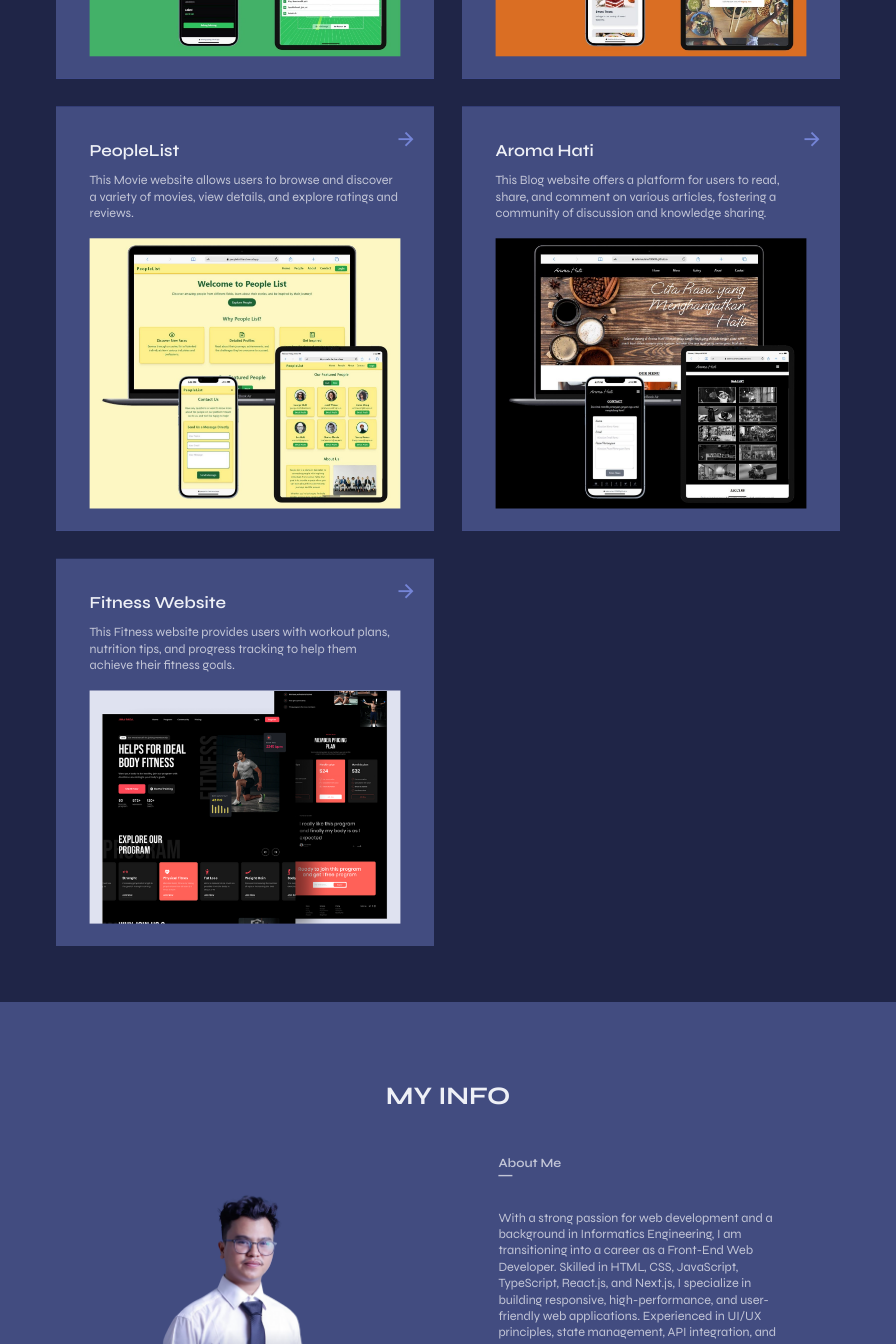
Repository: Ademaulana100499/amgrowth
Page: /
These files come from the project's save history. The page is drawn as it stood at one moment and after the next save; the edit follows.
The browser window is 1280 px wide. The pictures show the part of the page from y = 1538 to 3458 px (the page is 7447 px tall before and 7588 px after), at 70% of full size.
Some web fonts or font styles are not loaded; a fallback is used. The project was rebuilt for these pictures with package versions that can differ from the ones it lists, and the page was loaded fresh each time. Also part of the build but not shown: vite.config.js.

Above is the page before, as saved 2025-02-19 16:07:06.

### index.html
<!doctype html>
<html lang="en">
  <head>
    <meta charset="UTF-8" />
    <meta name="viewport" content="width=device-width, initial-scale=1.0" />
    <title>AMgrowth</title>
    <link rel="shortcut icon" href="/assets/img/Favicon.png" />
    <link
      href="https://cdn.jsdelivr.net/npm/remixicon/fonts/remixicon.css"
      rel="stylesheet"
    />

    <link
      rel="stylesheet"
      href="https://fonts.googleapis.com/css2?family=Kite+One&family=Oooh+Baby&family=Orelega+One&family=Poppins:ital,wght@0,100;0,200;0,300;0,400;0,500;0,600;0,700;0,800;0,900;1,100;1,200;1,300;1,400;1,500;1,600;1,700;1,800;1,900&family=Syne:wght@400..800&display=swap"
    />
  </head>
    <div id="root"></div>
    <script type="module" src="/src/main.jsx"></script>
    <script src="https://cdn.jsdelivr.net/npm/@emailjs/browser@4/dist/email.min.js"></script>
    <script src="https://unpkg.com/scrollreveal"></script>
  </body>
</html>

### src/App.jsx
import { Header } from "./components/Header";
import { Home } from "./components/Home";
import { Projects } from "./components/Projects";
import { Info } from "./components/Info";
import { Services } from "./components/Services";
import { Contact } from "./components/Contact";
import { Footer } from "./components/Footer";
import { Scroll } from "./components/Scroll";
import { Reveal } from "./components/Reveal";
function App() {
  const logo = {
    name: "AMgrowth",
    imageWhite: "/assets/img/Logo_White.png",
    imageBlack: "/assets/img/Logo_Black.png",
  };
  const navList = ["Home", "Projects", "My Info", "Services", "Contact Me"];
  const imageHome = "/assets/img/Photo.png";
  const imageInfo = "/assets/img/Photo2.png";
  const footerCopy = "© All rights reserved by Ade Maulana";
  const biodata = {
    firstName: "Ade",
    lastName: "Maulana",
    profession: "Front-End Developer",
    description:
      "With a strong passion for web development and a background in Informatics Engineering, I am transitioning into a career as a Front-End Web Developer. Skilled in HTML, CSS, JavaScript, TypeScript, React.js, and Next.js, I specialize in building responsive, high-performance, and user-friendly web applications. Experienced in UI/UX principles, state management, API integration, and website optimization, I am committed to continuous learning and delivering modern, efficient web solutions",
    cv: "/assets/pdf/CV Ade Maulana.pdf",
  };
  const projects = [
    {
      id: 1,
      title: "TandingLapang",
      description:
        "Final Project - Dibimbing Bootcamp: Tanding Lapang is a platform designed to simplify the search for sparring partners and the organization of sparring events across various sports. Built using HTML, CSS, JavaScript, Tailwind CSS, React.js, and Next.js, this project connects athletes and sports enthusiasts with sparring partners based on location and sport type. It also provides organizers with an efficient way to create and manage sparring events, ensuring a seamless user experience.",
      image: "/assets/img/tandinglapang.jpg",
    },
    {
      id: 2,
      title: "Foodies",
      description:
        "Mini Project - Dibimbing Bootcamp: Foodies is a recipe website that implements CRUD functionality (Create, Read, Update, Delete) using Next.js, TypeScript, Tailwind CSS, HTML, and CSS. This project features API integration, user authentication, and server-side rendering (SSR) to enhance performance, SEO, and user experience. Users can browse, add, edit, and delete recipes, making it an interactive and dynamic platform for food enthusiasts.",
      image: "/assets/img/foodies.jpg",
    },
    {
      id: 3,
      title: "PeopleList",
      description:
        "This Movie website allows users to browse and discover a variety of movies, view details, and explore ratings and reviews.",
      image: "/assets/img/peoplelist.jpg",
    },
    {
      id: 4,
      title: "Aroma Hati",
      description:
        "This Blog website offers a platform for users to read, share, and comment on various articles, fostering a community of discussion and knowledge sharing.",
      image: "/assets/img/aromahati.jpg",
    },
    {
      id: 5,
      title: "Fitness Website",
      description:
        "This Fitness website provides users with workout plans, nutrition tips, and progress tracking to help them achieve their fitness goals.",
      image: "/assets/img/fittnes web.avif",
    },
  ];
  const experience = [
    {
      id: 1,
      company: "PT. Victory Chingluh Indonesia",
      profession: "Shipping Officer",
      date: "12/2018 - 07/2024",
      description:
        "Experienced in managing delivery orders with high accuracy using Excel, monitoring stock through SAP, and improving operational efficiency and delivery coordination, with skills in logistics management, inventory, and effective communication.",
    },
    {
      id: 2,
      company: "PT Midi Utama Indonesia, Tbk",
      profession: "Sales Assistant",
      date: "06/2018 - 12/2018",
      description:
        "Experienced in delivering excellent customer service, providing clear product information, and staying updated on new products and promotions to boost customer satisfaction and engagement. Skilled in promoting products and exceeding sales targets through proactive interactions and recommendations, with a focus on teamwork and adaptability.",
    },
    {
      id: 3,
      company: "CV Radjawali",
      profession: "Printing Operator",
      date: "07/2017 - 05/2018",
      description:
        "Experienced in accurately preparing print files, ensuring consistent print quality, and reducing the need for reprints. Skilled in maintaining printing machines to enhance operational efficiency, minimize downtime, and boost productivity.",
    },
  ];
  const education = [
    {
      id: 1,
      university: "Dibimbing.id Bootcamp",
      major: "Front-End Web Development",
      date: "09/2024 - 02/2025",
      description:
        "Learning HTML, CSS, JavaScript, and TypeScript, and utilizing React.js and Next.js to build responsive and high-performance user interfaces. Experienced in UI/UX design slicing, website optimization, and problem-solving algorithms. Skilled in team collaboration using Git/GitHub and committed to continuous learning and staying updated with the latest web technologies.",
    },
    {
      id: 2,
      university: "Institut Teknologi dan Bisnis Bina Sarana Global",
      major: "Informatics Engineering",
      date: "09/2020 - 11/2024",
      description:
        "Studied Informatics Engineering, covering software development, algorithms, data structures, databases, system design, cybersecurity, and AI. Gained expertise in computing principles, system analysis, and application optimization. Experienced in Agile and Scrum methodologies, web development frameworks, UI/UX design, data processing, and problem-solving using algorithms and programming logic.",
    },
  ];
  const skills = [
    {
      id: 1,
      skill: "HTML",
      image: "/assets/img/html.svg",
    },
    {
      id: 2,
      skill: "CSS",
      image: "/assets/img/css.svg",
    },
    {
      id: 3,
      skill: "JavaScript",
      image: "/assets/img/javascript.svg",
    },
    {
      id: 4,
      skill: "React",
      image: "/assets/img/react.svg",
    },
    {
      id: 5,
      skill: "Next.js",
      image: "/assets/img/nextjs.svg",
    },
    {
      id: 6,
      skill: "Git",
      image: "/assets/img/git.svg",
    },
    {
      id: 7,
      skill: "GitHub",
      image: "/assets/img/github.svg",
    },
    {
      id: 8,
      skill: "Tailwind",
      image: "/assets/img/tailwind.png",
    },
    {
      id: 9,
      skill: "Bootstrap",
      image: "/assets/img/bootstrap.png",
    },
    {
      id: 10,
      skill: "Figma",
      image: "/assets/img/figma.svg",
    },
  ];

  const services = [
    {
      id: 1,
      title: "Web Development",
      icon: "ri-code-s-slash-line",
      description:
        "Building functional, secure, and user-friendly websites with features tailored to user needs.",
    },
    {
      id: 2,
      title: "Web Design",
      icon: "ri-pencil-ruler-2-line",
      description:
        "Designing visually appealing and professional website layouts that reflect the brand identity and provide an engaging visual experience.",
    },
    {
      id: 3,
      title: "Responsive Web Design",
      icon: "ri-layout-2-line",
      description:
        "Creating responsive websites compatible across various devices, ensuring an optimal user experience on desktops, tablets, and smartphones.",
    },
  ];
  const socialMedia = [
    {
      id: 1,
      name: "github",
      icon: "ri-github-line",
      link: "https://github.com/Ademaulana100499",
    },
    {
      id: 2,
      name: "linkedin",
      icon: "ri-linkedin-box-line",
      link: "https://www.linkedin.com/in/ademaulana-/",
    },
    {
      id: 3,
      name: "instagram",
      icon: "ri-instagram-line",
      link: "https://www.instagram.com/ade_maulana._/",
    },
  ];

  return (
    <div>
      <Header logo={logo} navList={navList} />
      <main>
        <Home imageHome={imageHome} biodata={biodata} />
        <Projects projects={projects} />
        <Info
          imageInfo={imageInfo}
          biodata={biodata}
          experience={experience}
          skills={skills}
          education={education}
        />
        <Services services={services} />
        <Contact socialMedia={socialMedia} />
        <Footer navList={navList} footerCopy={footerCopy} />
      </main>
      <Scroll />
      <Reveal />
    </div>
  );
}

export default App;

### src/components/Home/index.jsx
import "./style.css";
export const Home = (props) => {
  const { imageHome, biodata } = props;
  return (
    <section className="home section" id="home">
      <div className="container grid home__container">
        <img
          id="image_home"
          src={imageHome}
          alt="image"
          className="home__img"
        />
        <div className="home__data">
          <h1 className="home__name">
            {biodata.firstName} <br /> {biodata.lastName}
          </h1>
          <h3 className="home__profession">{biodata.profession}</h3>
        </div>
        <a href="#projects" className="home__scroll">
          <div className="home__scroll-box">
            <i className="ri-arrow-down-line"></i>
          </div>
          <span className="home__scroll-text">Recent Project</span>
        </a>
      </div>
    </section>
  );
};

### src/components/Projects/index.jsx
import "./style.css";
export const Projects = (props) => {
  const { projects } = props;
  return (
    <section className="projects section" id="projects">
      <h2 className="section__title">RECENT PROJECT</h2>
      <div className="grid container projects__container">
        {projects.map((item) => (
          <article className="project__card" key={item.id}>
            <a
              href={item.link}
              target="_blank"
              className="project__overlay"
            ></a>
            <a href={item.link} target="_blank" className="project__link">
              <h2 className="project__title">{item.title}</h2>
              <p className="project__description">{item.description}</p>
              <img src={item.image} alt="image" className="project__img" />
              <i className="ri-arrow-right-line"> </i>
            </a>
          </article>
        ))}
      </div>
    </section>
  );
};

### src/components/Services/index.jsx
import "./style.css";
export const Services = (props) => {
  const { services } = props;
  return (
    <section className="services section" id="services">
      <h2 className="section__title">SERVICES</h2>
      <div className="container grid services__container">
        {services.map((item) => (
          <article className="services__card" key={item.id}>
            <i className={`services__icon ${item.icon}`}></i>
            <h3 className="services__title">{item.title}</h3>
            <p className="services__description">{item.description}</p>
          </article>
        ))}
      </div>
    </section>
  );
};

### src/components/Footer/index.jsx
import "./style.css";
export const Footer = (props) => {
  const { navList, footerCopy } = props;
  return (
    <footer className="footer" id="footer">
      <div className="container grid footer__container">
        <ul className="footer__links">
          <li>
            <a href="#home" className="footer__link">
              {navList[0]}
            </a>
          </li>
          <li>
            <a href="#projects" className="footer__link">
              {navList[1]}
            </a>
          </li>
          <li>
            <a href="#my info" className="footer__link">
              {navList[2]}
            </a>
          </li>
        </ul>
        <span className="footer__copy">{footerCopy}</span>
      </div>
    </footer>
  );
};

### src/components/Scroll/index.jsx
import React, { useEffect } from "react";
import "./style.css";

export const Scroll = () => {
  useEffect(() => {
    const scrollUp = () => {
      const scrollUp = document.getElementById("scroll-up");
      if (window.scrollY >= 350) {
        scrollUp.classList.add("show-scroll");
      } else {
        scrollUp.classList.remove("show-scroll");
      }
    };
    window.addEventListener("scroll", scrollUp);
    return () => {
      window.removeEventListener("scroll", scrollUp);
    };
  }, []);

  return (
    <a href="#" className="scrollup" id="scroll-up">
      <i className="ri-arrow-up-line"></i>
    </a>
  );
};

### src/components/Reveal/index.jsx
import React, { useEffect } from "react";

export const Reveal = () => {
  useEffect(() => {
    const sr = ScrollReveal({
      origin: "top",
      distance: "60px",
      duration: 2500,
      delay: 400,
    });

    sr.reveal(".home__data, .experience, .skills, .contact__container");
    sr.reveal(".home__img", { delay: 500 });
    sr.reveal(".home__scroll", { delay: 700 });
    sr.reveal(".project__card, .services__card", { interval: 100 });
    sr.reveal(".about__content", { origin: "right" });
    sr.reveal(".about__img", { origin: "left" });

    return () => {
      sr.destroy();
    };
  }, []);
  return <div></div>;
};

### src/components/Theme/index.jsx
import React, { useState, useEffect } from "react";
import "./style.css";

const Theme = ({ logo, setLogoSrc }) => {
  const [isLightMode, setIsLightMode] = useState(false);

  useEffect(() => {
    const savedTheme = localStorage.getItem("lightmode");
    if (savedTheme === "active") {
      setIsLightMode(true);
    } else {
      setIsLightMode(false);
    }
  }, []);

  useEffect(() => {
    if (isLightMode) {
      document.body.classList.add("lightmode");
      localStorage.setItem("lightmode", "active");
      setLogoSrc(logo.imageBlack);
    } else {
      document.body.classList.remove("lightmode");
      localStorage.setItem("lightmode", null);
      setLogoSrc(logo.imageWhite);
    }
  }, [isLightMode, logo.imageBlack, logo.imageWhite, setLogoSrc]);

  const toggleTheme = () => {
    setIsLightMode((prevMode) => !prevMode);
  };

  return (
    <button
      id="theme-switch"
      className="theme-switch"
      onClick={toggleTheme}
      style={{ cursor: "pointer" }}
    >
      {isLightMode ? (
        <i className="ri-moon-line"></i>
      ) : (
        <i className="ri-sun-line"></i>
      )}
    </button>
  );
};

export default Theme;

### src/components/Projects/style.css
/* Projects */
.projects {
  background-color: var(--container-color);
}
.project__card {
  background-color: var(--first-color);
}
.project__img {
  width: 100%;
}
.project__link {
  display: block;
  position: relative;
  background-color: var(--body-color);
  padding: 2rem 1.5rem 1.5rem 1.5rem;
  color: var(--text-color);
  transition: transform 0.4s;
}
.project__title {
  font-size: var(--h3-font-size);
  margin-bottom: 0.75rem;
}

.project__description {
  margin-bottom: 1.5rem;
}
.project__link i {
  position: absolute;
  top: 1.8rem;
  right: 1.5rem;
  font-size: 1.5rem;
  color: var(--first-color-light);
  transition: transform 0.4s;
}
.project__link:hover {
  transform: translateY(-0.35rem);
}

.project__link:hover i {
  transform: translateX(0.5rem);
}

/* BREAKPOINTS */

/* For medium devices */
@media screen and (min-width: 540px) {
  .projects__container {
    grid-template-columns: 350px;
    justify-content: center;
  }
}

@media screen and (min-width: 768px) {
  .projects__container {
    grid-template-columns: repeat(2, 390px);
  }
}

/* for large devices */
@media screen and (min-width: 1150px) {
  .section__title {
    margin-bottom: 4rem;
  }
  .projects__container {
    grid-template-columns: repeat(2, 540px);
    gap: 2.5rem;
  }
  .project__link {
    padding: 3rem 3rem 2rem;
  }
  .project__title {
    font-size: var(--h2-font-size);
    margin-bottom: 1rem;
  }
  .project__link i {
    font-size: 2rem;
  }
}

### src/components/Services/style.css
/* SERVICES */
.services {
  background-color: var(--container-color);
}
.services__container {
  row-gap: 2rem;
}

.services__icon {
  display: block;
  color: var(--first-color-light);
  font-size: 2rem;
  margin-bottom: 1dvb;
}

.services__title {
  font-size: var(--h3-font-size);
  margin-bottom: 0.75rem;
}

/* BREAKPOINTS */

/* For small devices */
@media screen and (max-width: 300px) {
  .container {
    margin-inline: 1rem;
  }
}

/* For medium devices */
@media screen and (min-width: 540px) {
  .services__container {
    grid-template-columns: 350px;
    justify-content: center;
  }
}

@media screen and (min-width: 768px) {
  .services__container {
    grid-template-columns: repeat(2, 320px);
  }
}

/* for large devices */
@media screen and (min-width: 1150px) {
  .container {
    margin-inline: auto;
  }
  .section {
    padding-block: 7rem 5rem;
  }
  .section__title {
    margin-bottom: 4rem;
  }

  .services__container {
    grid-template-columns: repeat(2, 350px);
    gap: 6rem 13rem;
  }
  .services__icon {
    font-size: 2.5rem;
    margin-bottom: 1.5rem;
  }
}

### src/components/Footer/style.css
/* FOOTER */
.footer {
  background-color: var(--container-color);
}

.footer__container {
  row-gap: 3rem;
  padding-block: 3rem 2rem;
}

.footer__links {
  display: flex;
  justify-content: center;
  column-gap: 2.5rem;
}
.footer__link {
  font-weight: var(--font-semi-bold);
  color: var(--title-color);
  transition: color 0.4s;
}
.footer__link:hover {
  color: var(--first-color-light);
}
.footer__copy {
  font-size: var(--small-font-size);
  color: var(--title-color);
  text-align: center;
}

/* BREAKPOINTS */

/* For small devices */
@media screen and (max-width: 300px) {
  .container {
    margin-inline: 1rem;
  }
}

/* for large devices */
@media screen and (min-width: 1150px) {
  .container {
    margin-inline: auto;
  }
  .section {
    padding-block: 7rem 5rem;
  }

  .footer__container {
    padding-block: 3rem;
    grid-template-columns: repeat(2, max-content);
    justify-content: space-between;
  }
  .footer__links {
    column-gap: 4rem;
    order: 1;
  }
  .scrollup {
    right: 3rem;
  }
}

### src/components/Scroll/style.css
/* SCROLL BAR */
::-webkit-scrollbar {
  width: 0.6rem;
  background-color: hsl(var(--hue), 20%, 20%);
}
::-webkit-scrollbar-thumb {
  background-color: hsl(var(--hue), 20%, 30%);
}
::-webkit-scrollbar-thumb:hover {
  background-color: hsl(var(--hue), 20%, 40%);
}

/* SCROLL UP */
.scrollup {
  position: fixed;
  right: 1rem;
  bottom: -50%;
  background-color: var(--container-color);
  padding: 6px;
  color: var(--title-color);
  display: inline-flex;
  font-size: 1.25rem;
  box-shadow: 0 4px 12px hsla(var(--hue), 30%, 8%, 0.3);
  z-index: var(--z-tooltip);
  transition: bottom 0.4s, transform 0.4s;
}
.scrollup:hover {
  transform: translateY(-0.5rem);
}

/* SHOW SCROLL */
.show-scroll {
  bottom: 3rem;
}

/* BREAKPOINTS */

@media screen and (min-width: 1150px) {
  .scrollup {
    right: 3rem;
  }
}

### src/components/Theme/style.css
#theme-switch {
  height: 30px;
  width: 30px;
  border-radius: 50%;
  background-color: var(--first-color-light);
  display: flex;
  justify-content: center;
  align-items: center;
}
#theme-switch:hover {
  cursor: pointer;
}
#theme-switch i {
  fill: var(--body-color);
  color: var(--text-color);
}

Loaded but not shown: src/main.jsx (common file); src/components/Header/style.css (313 lines, source omitted); src/components/Info/style.css (186 lines, source omitted); src/index.css (154 lines, source omitted); src/components/Info/index.jsx (71 lines, source omitted); src/components/Header/index.jsx (90 lines, source omitted); src/components/Home/style.css (132 lines, source omitted); src/components/Contact/index.jsx (82 lines, source omitted); src/components/Contact/style.css (119 lines, source omitted)

After the next save:
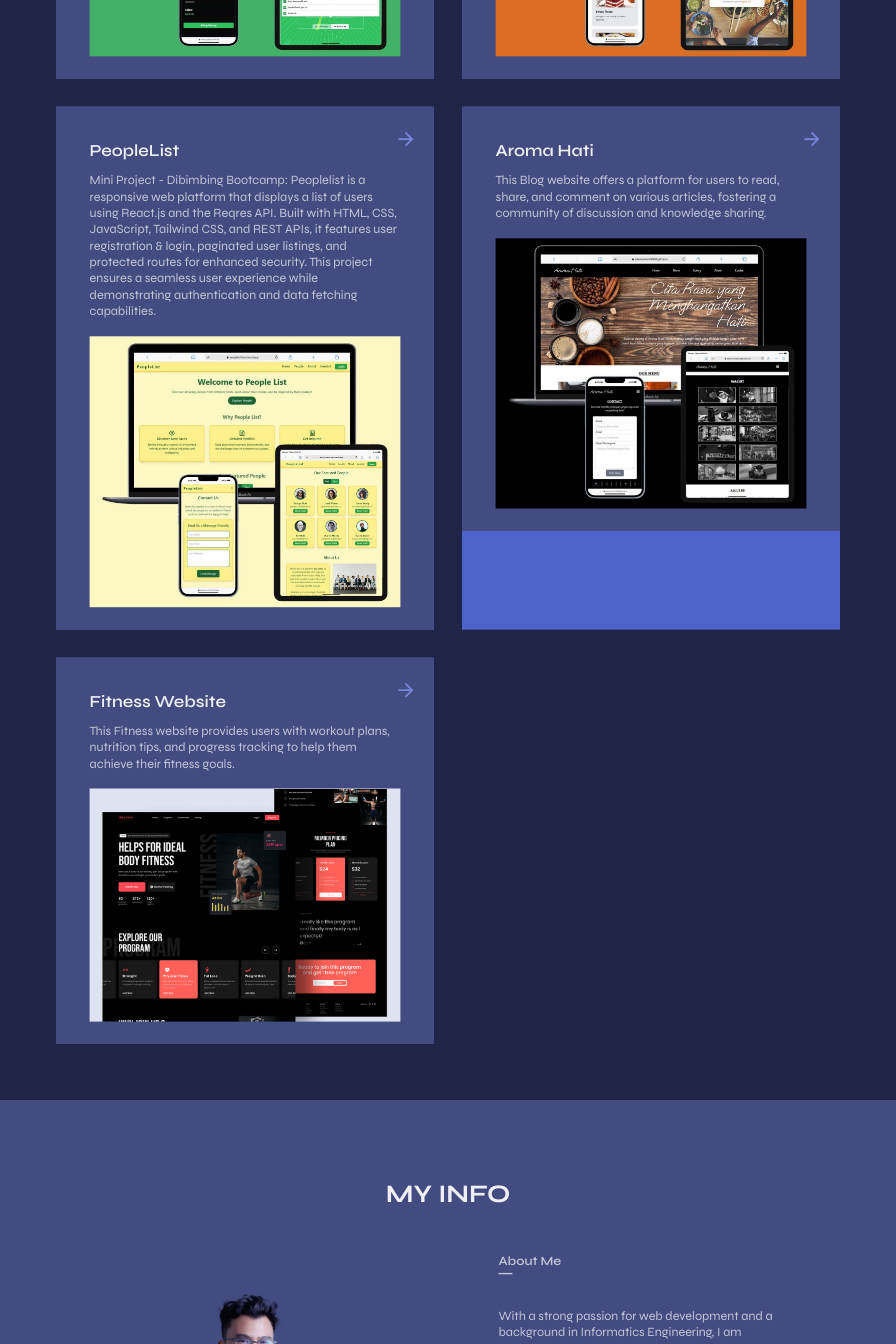
Saved 2 min 47 s later.
--- a/src/App.jsx
+++ b/src/App.jsx
@@ -44,7 +44,7 @@
       id: 3,
       title: "PeopleList",
       description:
-        "This Movie website allows users to browse and discover a variety of movies, view details, and explore ratings and reviews.",
+        "Mini Project - Dibimbing Bootcamp: Peoplelist is a responsive web platform that displays a list of users using React.js and the Reqres API. Built with HTML, CSS, JavaScript, Tailwind CSS, and REST APIs, it features user registration & login, paginated user listings, and protected routes for enhanced security. This project ensures a seamless user experience while demonstrating authentication and data fetching capabilities.",
       image: "/assets/img/peoplelist.jpg",
     },
     {
